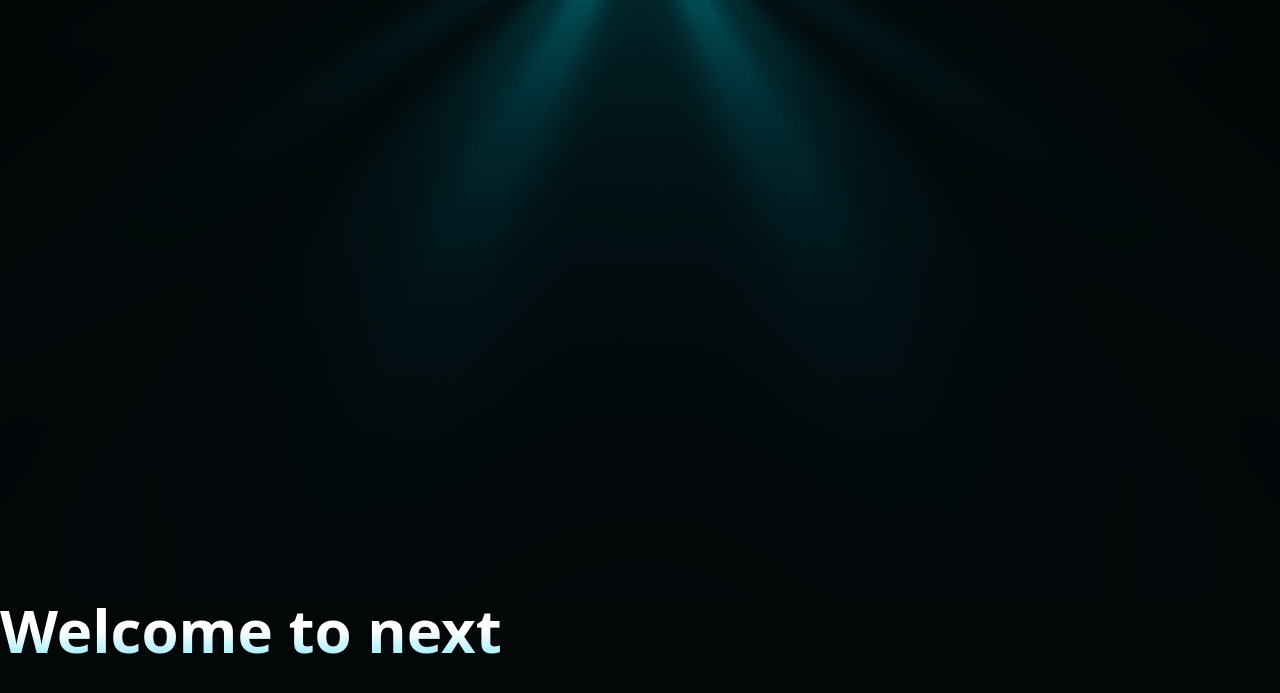
Repository: SWEBelva/Events-webapp-nextjs
Page: /
The author's editor kept a copy of each file at every save. The page is drawn from the files as they stood at one save, then again after the next save.
The browser window is 1280 px wide. The pictures show the whole page.
Some web fonts or font styles are not loaded; a fallback is used. The project was rebuilt for these pictures with package versions that can differ from the ones it lists, and the page was loaded fresh each time. The framework's server and built-in components were replaced by stand-ins that run in the browser. Also part of the build but not shown: next.config.ts.

Above is the page before, as saved 2025-10-30 14:54:50.

After the next save:
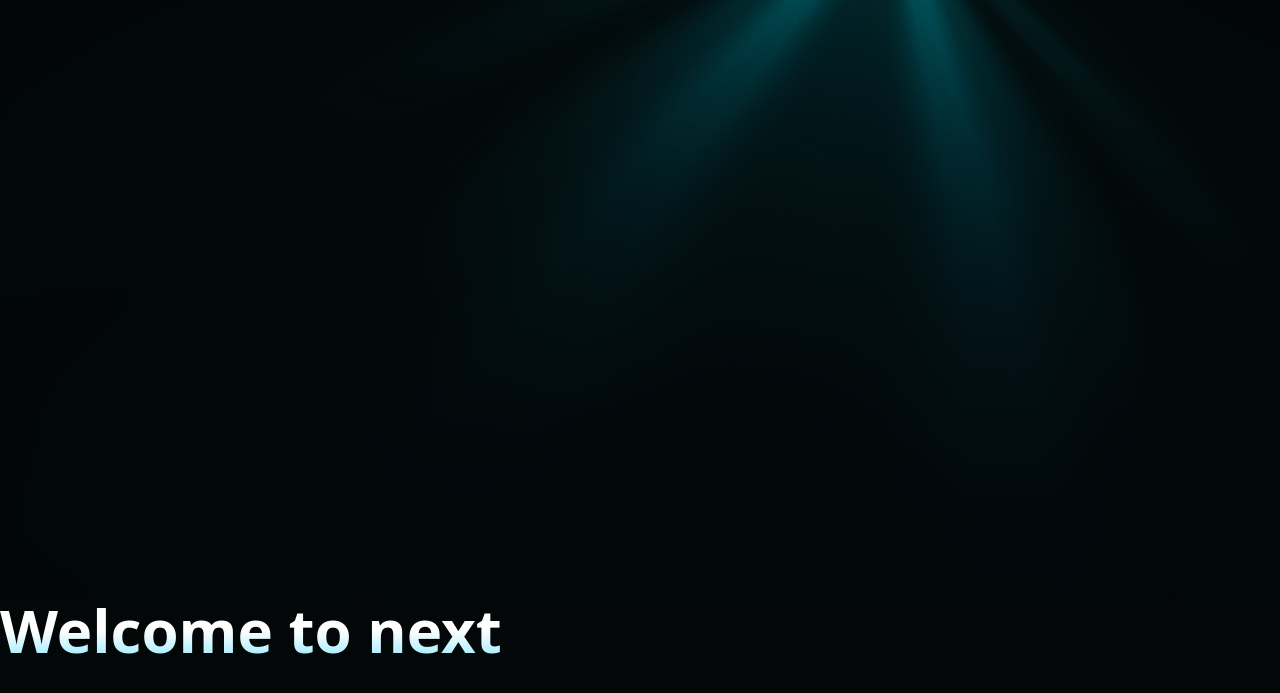
Saved 8 s later.
--- a/app/layout.tsx
+++ b/app/layout.tsx
@@ -32,7 +32,7 @@ export default function RootLayout({
 
 <div style={{ width: '100%', height: '600px', position: 'relative' }}>
   <LightRays
-    raysOrigin="top-center-ofset"
+    raysOrigin="top-center-offset"
     raysColor="#00ffff"
     raysSpeed={1.5}
     lightSpread={0.8}
